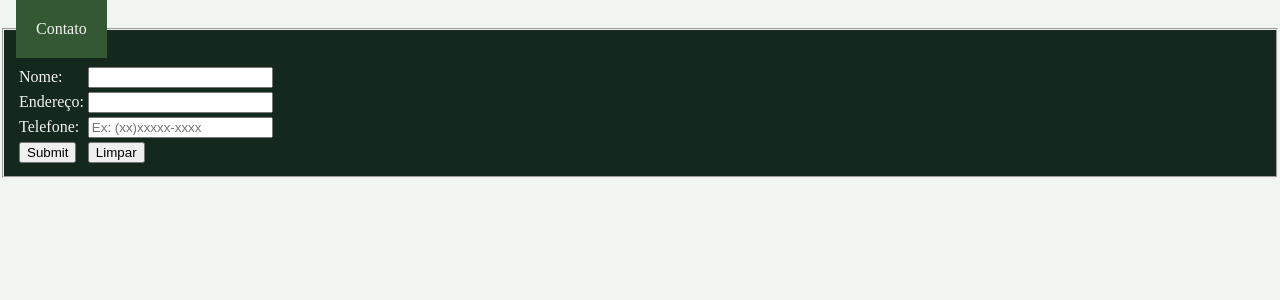
Repository: otavio-vicente/BackEnd-UniSenai
Page: WorkspaceTrilhaWeb/exemploServlet/src/main/webapp/contato.html
These files come from the project's save history. The page is drawn as it stood at one moment and after the next save; the edit follows.
The browser window is 1280 px wide. The pictures show the whole page.

Above is the page before, as saved 2024-06-13 23:28:43.

### WorkspaceTrilhaWeb/exemploServlet/src/main/webapp/contato.html
<!DOCTYPE html>
<html>
<head>
<meta charset="UTF-8">
<title>Insert title here</title>
<link href="./style.css" rel="stylesheet" type="text/css">
</head>
<body>
	<form>
		<fieldset>
			<legend>Contato</legend>
			<table>
				<tr>
					<td>Nome:</td>
					<td><input type="text"></input></td>
				</tr>
				<tr>
					<td>Endereço:</td>
					<td><input type="text"></input></td>
				</tr>
				<tr>
					<td>Telefone:</td>
					<td><input type="fone" placeholder="Ex: (xx)xxxxx-xxxx"></input></td>
				</tr>
				<tr>
					<td><input type="submit"></input></td>
					<td><input type="reset" value="Limpar"></input></td>
				</tr>
			</table>
		</fieldset>
	</form>
</body>
</html>

### WorkspaceTrilhaWeb/exemploServlet/src/main/webapp/style.css
@charset "UTF-8";

body {
	background-color: #F1F5F2;
	margin: 0;
	padding:0;
}

fieldset {
	background-color: #14281D;
	color: #F1F5F2;
}

legend {
	padding:20px;
	background-color: #355834;
}

After the next save:
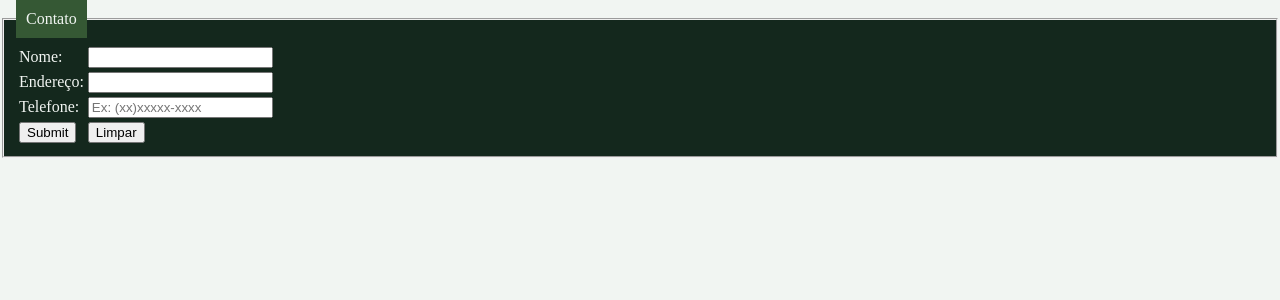
Saved 8 s later.
--- a/WorkspaceTrilhaWeb/exemploServlet/src/main/webapp/style.css
+++ b/WorkspaceTrilhaWeb/exemploServlet/src/main/webapp/style.css
@@ -12,6 +12,6 @@ fieldset {
 }
 
 legend {
-	padding:20px;
+	padding:10px;
 	background-color: #355834;
 }
